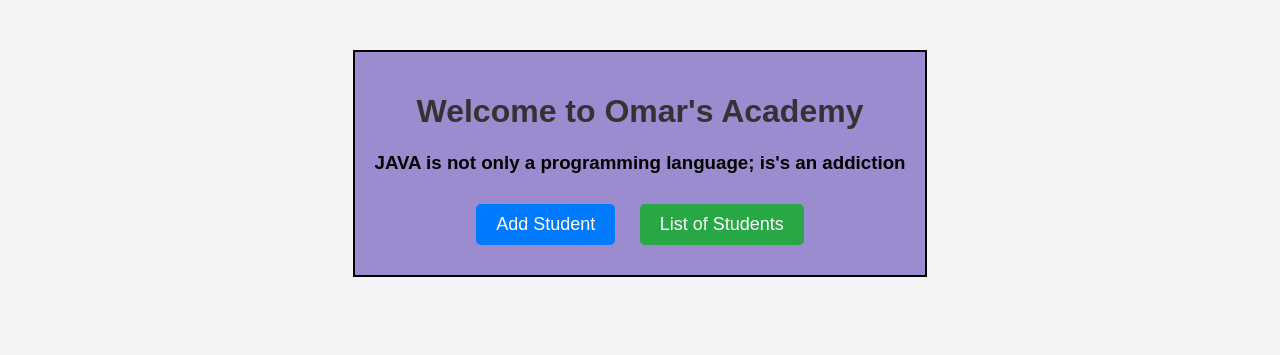
Repository: OmarFaruq97/JspServlet
Page: http://localhost/Form/
An editor plug-in stored every save of this project. The page is shown before and after the next save, followed by the edit.
The browser window is 1280 px wide. The pictures show the whole page.
The page is served by Tomcat 9. Other server files are loaded and not shown.

Above is the page before, as saved 2025-02-07 16:32:20.

### Form/src/main/webapp/index.jsp
<%@ page language="java" contentType="text/html; charset=UTF-8"  pageEncoding="UTF-8"%>
<!DOCTYPE html>
<html lang="en">
<head>
<meta charset="UTF-8">
<title>Home Page</title>
    <style >
    	body {
    font-family: Arial, sans-serif;
    text-align: center;
    background-color: #f4f4f4;
    margin: 0;
    padding: 0;
}

.container {
    margin-top: 50px;
    border: 2px solid black;
    padding: 20px;
    display: inline-block;
     transition: all 0.3s ease;
     background-color: #9a8ccf;
}
.container:hover {
    background-color: #f0f0f0; /* Change the background color on hover */
    border-color: #007BFF; /* Change the border color on hover */
}


h1 {
    color: #333;
}

.buttons {
    margin-top: 20px;
}

.buttons a {
    display: inline-block;
    padding: 10px 20px;
    text-decoration: none;
    font-size: 18px;
    border-radius: 5px;
    margin: 10px;
    color: white;
}

.blue-btn {
    background-color: #007BFF;
}

.green-btn {
    background-color: #28A745;
}

.yellow-btn {
    background-color: #FFC107;
}

    </style>
</head>
<body>
    <div class="container">
        <h1>Welcome to Omar's  Academy</h1>
        <h3>JAVA is not only a programming language; is's an addiction</h3>
        <div class="buttons">
            <a class="blue-btn" href="pages/MainForm.jsp">Add Student</a>
            <a class="green-btn" href="pages/list-students.jsp">List of Students</a>
            <!-- <a class="yellow-btn" href="pages/update-student.jsp">Update Student</a> -->
        </div>
    </div>
</body>
</html>

After the next save:
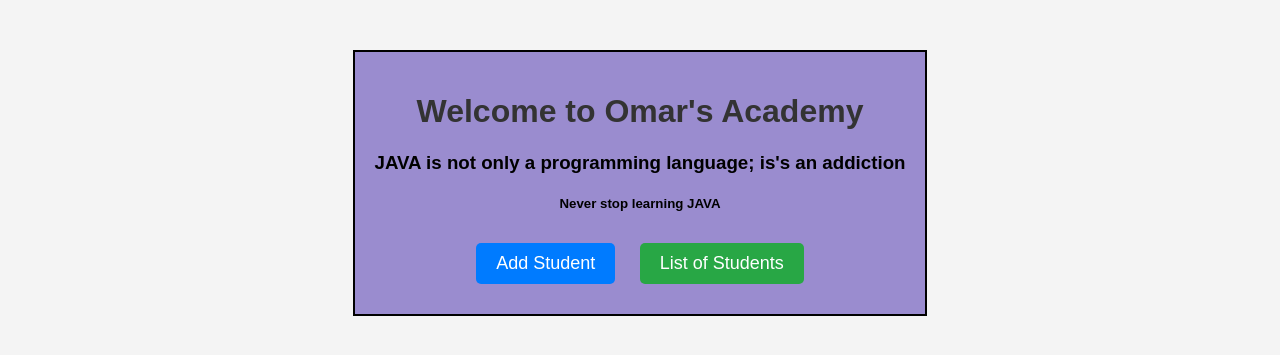
Saved 80 s later.
--- a/Form/src/main/webapp/index.jsp
+++ b/Form/src/main/webapp/index.jsp
@@ -63,6 +63,7 @@
     <div class="container">
         <h1>Welcome to Omar's  Academy</h1>
         <h3>JAVA is not only a programming language; is's an addiction</h3>
+        <h5>Never stop learning JAVA</h5>
         <div class="buttons">
             <a class="blue-btn" href="pages/MainForm.jsp">Add Student</a>
             <a class="green-btn" href="pages/list-students.jsp">List of Students</a>
